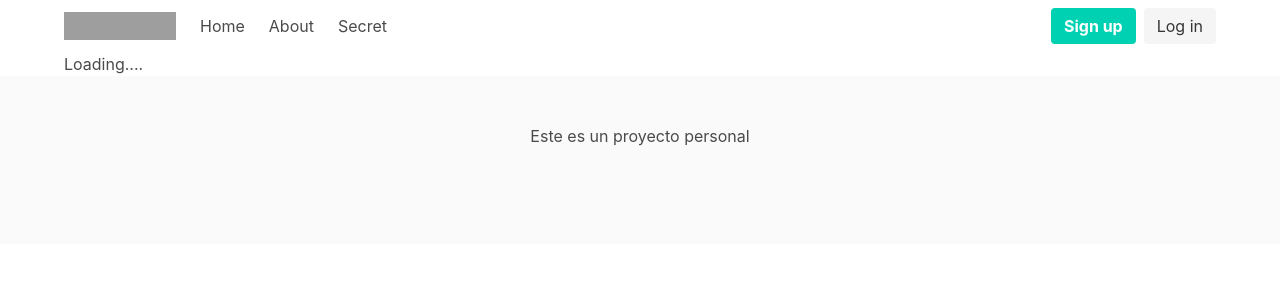
Repository: bombiux/app-sismo
Page: index.html
The author's editor kept a copy of each file at every save. The page is drawn from the files as they stood at one save, then again after the next save.
The browser window is 1280 px wide. The pictures show the whole page.
Pictures or frames that could not be fetched are drawn as grey boxes. The page's requests for data from a server got no answer. Some web libraries are served in a nearby version.

Above is the page before, as saved 2020-03-23 23:20:57.
Console error: TypeError: Cannot read properties of undefined (reading 'map')

### index.html
<!DOCTYPE html>
<html>

<head>
    <meta charset="utf-8">
    <meta name="viewport" content="width=device-width, initial-scale=1">
    <title>APP DE SISMOS</title>
    <link rel="stylesheet" href="https://cdnjs.cloudflare.com/ajax/libs/bulma/0.7.1/css/bulma.min.css">
    <script defer src="https://use.fontawesome.com/releases/v5.1.0/js/all.js"></script>
    <script type="module" src="/app.js"></script>
</head>

<body>
    <div id="header_container"></div>

    <div id="page_container" class="container pageEntry" >
        <article> Loading....</article>
    </div>

    <div id="footer_container"></div>
</body>

</html>

### app.js
"use strict";

import Home         from './views/pages/Home.js'
import Error404     from './views/pages/Error404.js'
import PostShow     from './views/pages/PostShow.js'

import Navbar       from './views/components/Navbar.js'
import Bottombar    from './views/components/Bottombar.js'

import Utils        from './services/Utils.js'

const routes = {
    '/'             : Home
    , '/p/:id'      : PostShow
};


const router = async () => {

    const header = null || document.getElementById('header_container');
    const content = null || document.getElementById('page_container');
    const footer = null || document.getElementById('footer_container');

    header.innerHTML = await Navbar.render();
    await Navbar.after_render();
    footer.innerHTML = await Bottombar.render();
    await Bottombar.after_render();

    let request = Utils.parseRequestURL()

    let parsedURL = (request.resource ? '/' + request.resource : '/') + (request.id ? '/:id' : '') + (request.verb ? '/' + request.verb : '')

    let page = routes[parsedURL] ? routes[parsedURL] : Error404
    content.innerHTML = await page.render();
    await page.after_render();

}

window.addEventListener('hashchange', router);

window.addEventListener('load', router);

### views/pages/Home.js
// --------------------------------
//  Define Data Sources
// --------------------------------

let getPostsList = async () => {
     const options = {
        method: 'GET',
        headers: {
            'Content-Type': 'application/json'
        }
    };
    try {
        const response = await fetch(`https://5bb634f6695f8d001496c082.mockapi.io/api/posts`, options)
        const json = await response.json();
        // console.log(json)
        return json
    } catch (err) {
        console.log('Error getting documents', err)
    }
}

let Home = {
    render : async () => {
        let posts = await getPostsList()
        let view =  /*html*/`
            <section class="section">
                <h1> Home </h1>
                <ul>
                    ${ posts.map(post =>
                        /*html*/`<li><a href="#/p/${post.id}">${post.title}</a></li>`
                        ).join('\n ')
                    }
                </ul>
            </section>
        `
        return view
    }
    , after_render: async () => {
    }

}

export default Home;

### views/pages/Error404.js
let Error404 = {

    render : async () => {
        let view =  /*html*/`
            <section class="section">
                <h1> 404 Error </h1>
            </section>
        `
        return view
    }
    , after_render: async () => {
    }
}
export default Error404;

### views/pages/PostShow.js
import Utils        from './../../services/Utils.js'

let getPost = async (id) => {
    const options = {
       method: 'GET',
       headers: {
           'Content-Type': 'application/json'
       }
   };
   try {
       const response = await fetch(`https://5bb634f6695f8d001496c082.mockapi.io/api/posts/` + id, options)
       const json = await response.json();
       // console.log(json)
       return json
   } catch (err) {
       console.log('Error getting documents', err)
   }
}

let PostShow = {

    render : async () => {
        let request = Utils.parseRequestURL()
        let post = await getPost(request.id)

        return /*html*/`
            <section class="section">
                <h1> Post Id : ${post.id}</h1>
                <p> Post Title : ${post.title} </p>
                <p> Post Content : ${post.content} </p>
                <p> Post Author : ${post.name} </p>
            </section>
        `
    }
    , after_render: async () => {
    }
}

export default PostShow;

### views/components/Navbar.js
let Navbar = {
    render: async () => {
        let view =  /*html*/`
             <nav class="navbar" role="navigation" aria-label="main navigation">
                <div class="container">
                    <div class="navbar-brand">
                        <a class="navbar-item" href="/#/">
                            <img src="https://bulma.io/images/bulma-logo.png" width="112" height="28">
                        </a>

                        <a role="button" class="navbar-burger burger" aria-label="menu" aria-expanded="false" data-target="navbarBasicExample">
                            <span aria-hidden="true"></span>
                            <span aria-hidden="true"></span>
                            <span aria-hidden="true"></span>
                        </a>
                    </div>

                    <div id="navbarBasicExample" class="navbar-menu is-active" aria-expanded="false">
                        <div class="navbar-start">
                            <a class="navbar-item" href="/#/">
                                Home
                            </a>
                            <a class="navbar-item" href="/#/about">
                                About
                            </a>
                            <a class="navbar-item" href="/#/secret">
                                Secret
                            </a>
                        </div>
                        <div class="navbar-end">
                            <div class="navbar-item">
                                <div class="buttons">
                                    <a class="button is-primary" href="/#/register">
                                        <strong>Sign up</strong>
                                    </a>
                                    <a class="button is-light">
                                        Log in
                                    </a>
                                </div>
                            </div>
                        </div>
                    </div>
                </div>
            </nav>
        `
        return view
    },
    after_render: async () => { }

}

export default Navbar;

### views/components/Bottombar.js
let Bottombar = {
    render: async () => {
        let view = `
        <footer class="footer">
            <div class="content has-text-centered">
                <p>
                    Este es un proyecto personal
                </p>
            </div>
        </footer>
        `
        return view
    },
    after_render: async () => { }

}

export default Bottombar;

### services/Utils.js
const Utils = {
    // --------------------------------
    //  Parse a url and break it into resource, id and verb
    // --------------------------------
    parseRequestURL : () => {

        let url = location.hash.slice(1).toLowerCase() || '/';
        let r = url.split("/")
        let request = {
            resource    : null,
            id          : null,
            verb        : null
        }
        request.resource    = r[1]
        request.id          = r[2]
        request.verb        = r[3]

        return request
    }

    // --------------------------------
    //  Simple sleep implementation
    // --------------------------------
    , sleep: (ms) => {
        return new Promise(resolve => setTimeout(resolve, ms));
    }
}

export default Utils;

After the next save:
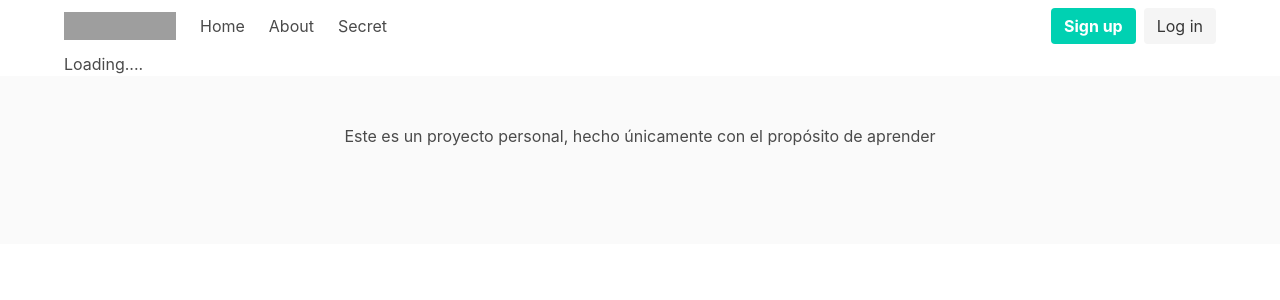
Saved 10 s later.
--- a/views/components/Bottombar.js
+++ b/views/components/Bottombar.js
@@ -4,7 +4,7 @@ let Bottombar = {
         <footer class="footer">
             <div class="content has-text-centered">
                 <p>
-                    Este es un proyecto personal
+                    Este es un proyecto personal, hecho únicamente con el propósito de aprender
                 </p>
             </div>
         </footer>
